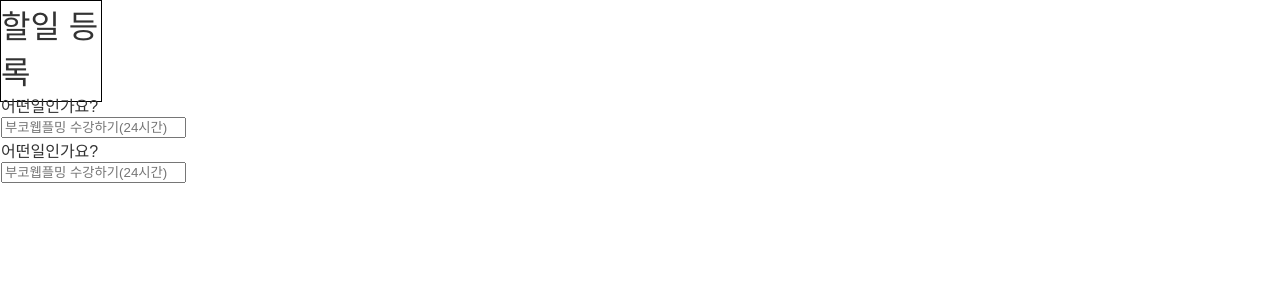
Repository: JmKanmo/BoostCourse_WebProgramming
Page: http://localhost/Todo/TodoFormServlet
These files come from the project's save history. The page is drawn as it stood at one moment and after the next save; the edit follows.
The browser window is 1280 px wide. The pictures show the whole page.
The page is served by Tomcat 9. Other server files are loaded and not shown.

Above is the page before, as saved 2020-01-20 14:21:25.

### Todo/src/main/webapp/todoForm.jsp
<%@ page language="java" contentType="text/html; charset=UTF-8"
	pageEncoding="UTF-8"%>
<!DOCTYPE html>
<html>
<head>
<meta charset="UTF-8">
<title>Insert title here</title>
<link rel="stylesheet" href="./css/todoForm.css">
</head>

<body>
	<div class="wrap">
		<form action="">
			<h1 class="title">할일 등록</h1>

			<label for="work">어떤일인가요?</label> <input type="text" id="work"
				class="workInput" placeholder="부코웹플밍 수강하기(24시간)" required /> <label
				for="work">어떤일인가요?</label> <input type="text" id="work"
				class="workInput" placeholder="부코웹플밍 수강하기(24시간)" required />

		</form>
	</div>
</body>
</html>

### Todo/src/main/java/Todo/TodoFormServlet.java
package Todo;

import java.io.IOException;

import javax.servlet.RequestDispatcher;
import javax.servlet.ServletException;
import javax.servlet.annotation.WebServlet;
import javax.servlet.http.HttpServlet;
import javax.servlet.http.HttpServletRequest;
import javax.servlet.http.HttpServletResponse;

/**
 * Servlet implementation class TodoFormServlet
 */
@WebServlet("/TodoFormServlet")
public class TodoFormServlet extends HttpServlet {
	private static final long serialVersionUID = 1L;

	/**
	 * @see HttpServlet#HttpServlet()
	 */
	public TodoFormServlet() {
		super();
		// TODO Auto-generated constructor stub
	}

	/**
	 * @see HttpServlet#doGet(HttpServletRequest request, HttpServletResponse
	 *      response)
	 */
	protected void doGet(HttpServletRequest request, HttpServletResponse response)
			throws ServletException, IOException {
		// TODO Auto-generated method stub
		RequestDispatcher requestDispatcher = getServletContext().getRequestDispatcher("/todoForm.jsp");
		requestDispatcher.forward(request, response);
	}

}

### Todo/src/main/webapp/css/todoForm.css
@charset "utf-8";

/* 초기화 */
html, body, h1, h2, h3, ul, ol, p, a, dl, dt, dd, figure {
	margin: 0;
	padding: 0;
	font-family: '나눔 고딕', NanumGothic, '돋움', Dotum, sans-serif;
	list-style: none;
	font-weight: normal;
	text-decoration: none;
	outline: none;
	color: #333;
}

.clear_fix::after {
	display: block;
	content: "";
	clear: both;
}

.blind {
	position: absolute;
	clip: rect(0, 0, 0, 0);
	width: 1px;
	height: 1px;
	margin: -1px;
	overflow: hidden;
}

.wrap {
	width: 100px;
	height: 100px;
	border: 1px solid black;
}

After the next save:
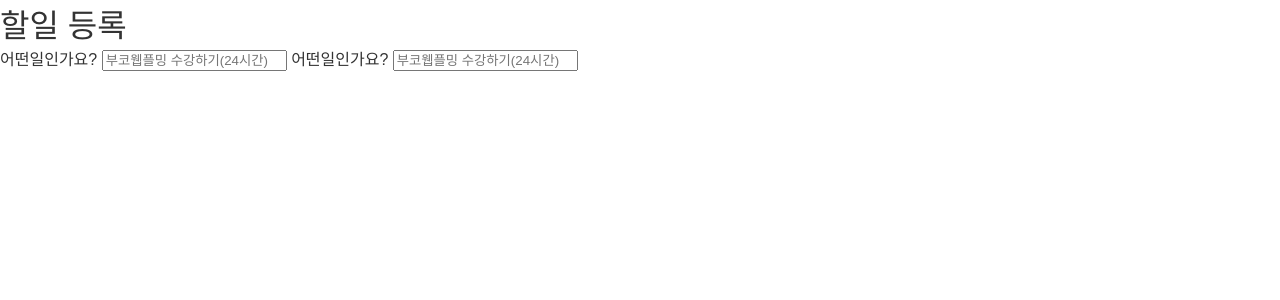
Saved 19 s later.
--- a/Todo/src/main/webapp/css/todoForm.css
+++ b/Todo/src/main/webapp/css/todoForm.css
@@ -26,9 +26,3 @@ html, body, h1, h2, h3, ul, ol, p, a, dl, dt, dd, figure {
 	margin: -1px;
 	overflow: hidden;
 }
-
-.wrap {
-	width: 100px;
-	height: 100px;
-	border: 1px solid black;
-}
